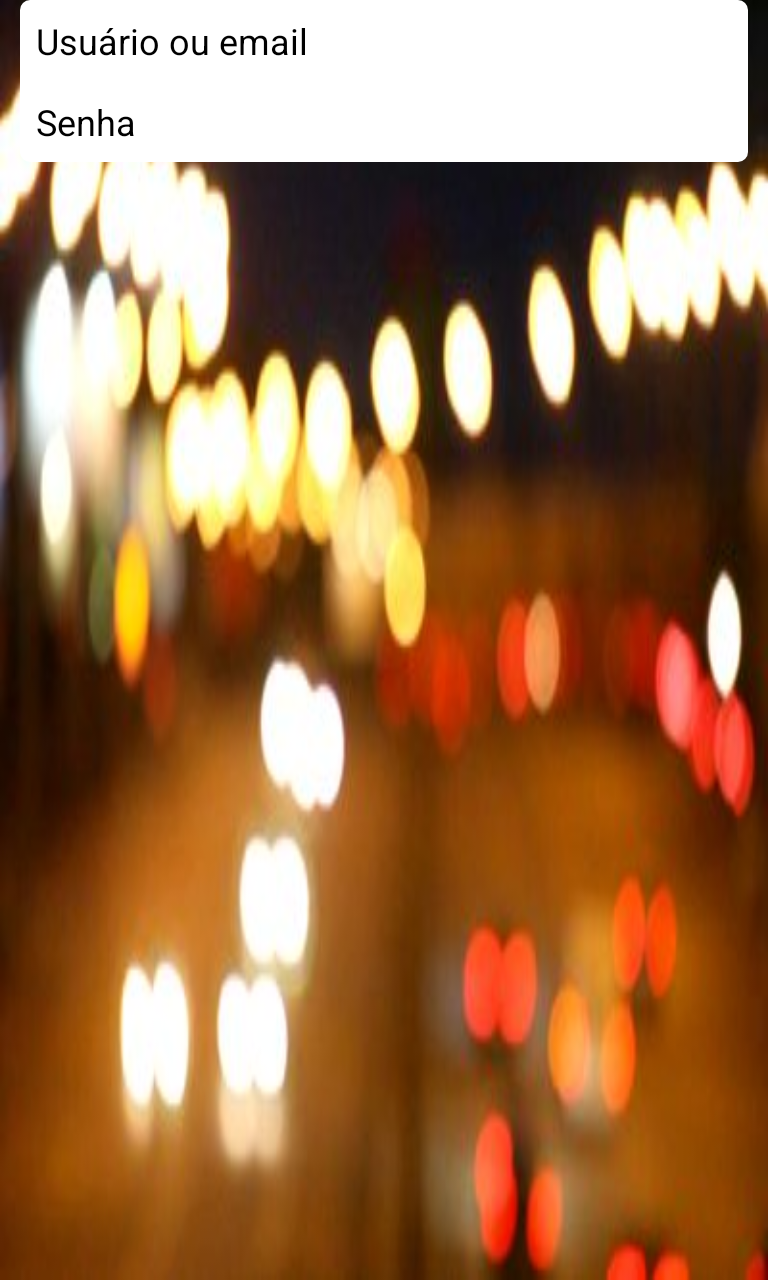
Repository: wellingtondessuy/AppLearning
Layout: HappyApp/res/layout/activity_login.xml
These files come from the project's save history. The layout is drawn as it stood at one moment and after the next save; the edit follows.
It is drawn on a 768 x 1280 px phone screen (xhdpi) without system bars, with theme AppTheme; the app's code is not run. The app's manifest (not shown) leaves right-to-left support off. So textAlignment, textDirection and layoutDirection are ignored, and left and right values win over start and end ones.

Above is the layout before, as saved 2015-05-22 19:20:25.

### HappyApp/res/layout/activity_login.xml
<LinearLayout xmlns:android="http://schemas.android.com/apk/res/android"
    xmlns:tools="http://schemas.android.com/tools"
    android:orientation="vertical"
    android:layout_width="match_parent"
    android:layout_height="match_parent"
    android:background="@drawable/back_wf"
    tools:context="com.example.happyapp.LoginActivity" >

    <EditText
        android:id="@+id/login_user"
        android:hint="@string/username_or_email"
        android:textColorHint="#000000"
        android:layout_width="match_parent"
        android:layout_height="wrap_content"
        android:layout_marginLeft="10dp"
        android:layout_marginStart="10dp"
        android:layout_marginRight="10dp"
        android:background="@drawable/myrect_user"
        />

    <EditText
        android:id="@+id/login_password"
        android:hint="@string/password"
        android:textColorHint="#000000"
        android:inputType="textPassword"
        android:layout_width="match_parent"
        android:layout_height="wrap_content"
        android:layout_marginLeft="10dp"
        android:layout_marginStart="10dp"
        android:layout_marginRight="10dp"
        android:background="@drawable/myrect_pass"
        />

</LinearLayout>

### HappyApp/res/values/strings.xml
<?xml version="1.0" encoding="utf-8"?>
<resources>

    <string name="app_name">HappyApp</string>
    <string name="title_section1">Section 1</string>
    <string name="title_section2">Section 2</string>
    <string name="title_section3">Section 3</string>
    <string name="hello_world">Hello world!</string>
    <string name="action_settings">Settings</string>
    <string name="signup">Quero ser sócio!</string>
    <string name="login">Já sou sócio</string>
    <string name="presentation1">Associe-se e tenha muitas vantagens na hora de torcer</string>
    <string name="presentation2">Vantagem 1</string>
    <string name="presentation3">Vantagem 2</string>
    <string name="presentation4">Vantagem 3</string>
    <string name="presentation5">Vantagem 4</string>
    <string name="logo_description">Logo do Time</string>
    <string name="title_activity_login">LoginActivity</string>
    <string name="title_activity_register">RegisterActivity</string>
    <string name="username_or_email">Usuário ou email</string>
    <string name="password">Senha</string>

</resources>

### HappyApp/res/drawable/myrect_user.xml
<?xml version="1.0" encoding="UTF-8"?>

<shape
    xmlns:android="http://schemas.android.com/apk/res/android"
    android:shape="rectangle" >
    <corners
        android:topLeftRadius="5dp"
        android:topRightRadius="5dp"/>
    <solid android:color="#FFFFFF"/>
    <padding
        android:left="8dp"
        android:top="8dp"
        android:right="8dp"
        android:bottom="8dp"/>

</shape>

### HappyApp/res/drawable/myrect_pass.xml
<?xml version="1.0" encoding="UTF-8"?>

<shape
    xmlns:android="http://schemas.android.com/apk/res/android"
    android:shape="rectangle" >
    <corners
        android:bottomLeftRadius="5dp"
        android:bottomRightRadius="5dp"/>
    <solid android:color="#FFFFFF"/>
    <padding
        android:left="8dp"
        android:top="8dp"
        android:right="8dp"
        android:bottom="8dp"/>

</shape>

Loaded but not shown: HappyApp/res/values/styles.xml (common file); HappyApp/res/values-v11/styles.xml (common file); HappyApp/res/values-v14/styles.xml (common file)

After the next save:
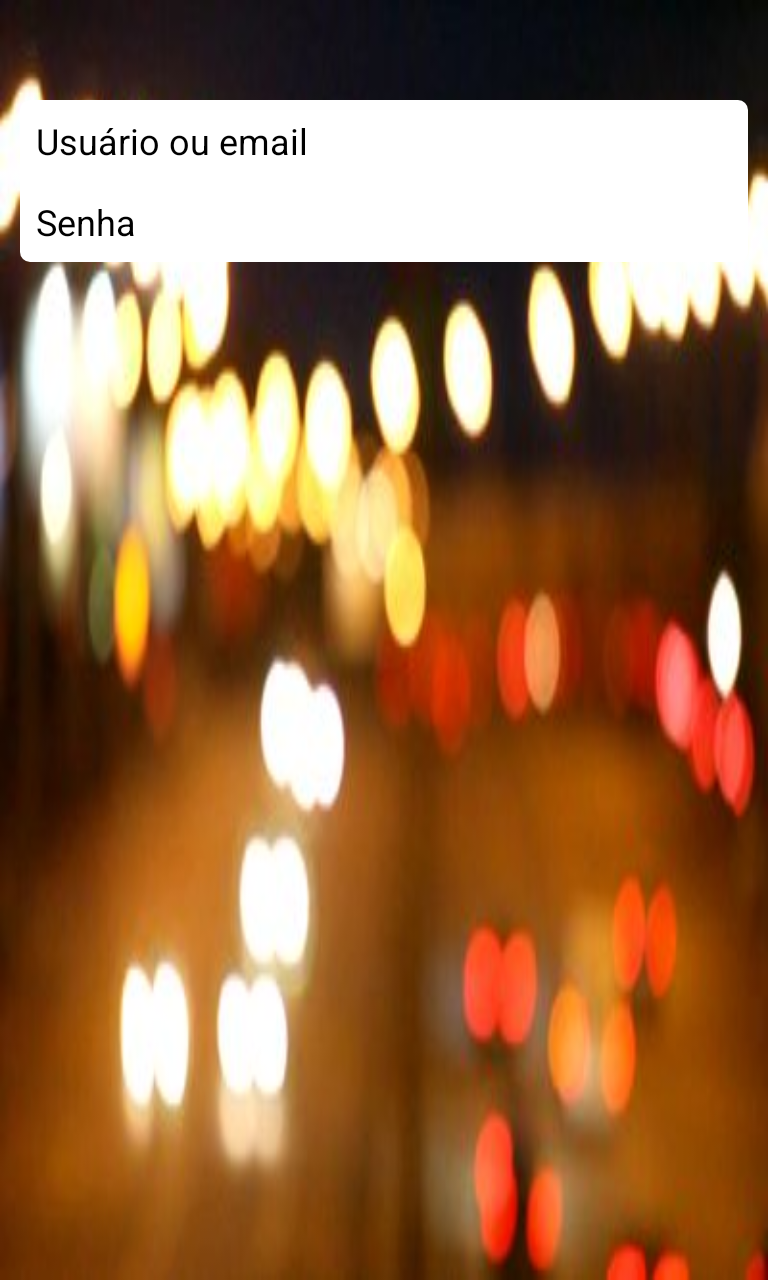
Saved 2 min 2 s later.
--- a/HappyApp/res/layout/activity_login.xml
+++ b/HappyApp/res/layout/activity_login.xml
@@ -12,6 +12,7 @@
         android:textColorHint="#000000"
         android:layout_width="match_parent"
         android:layout_height="wrap_content"
+		android:layout_marginTop="50dp"
         android:layout_marginLeft="10dp"
         android:layout_marginStart="10dp"
         android:layout_marginRight="10dp"
